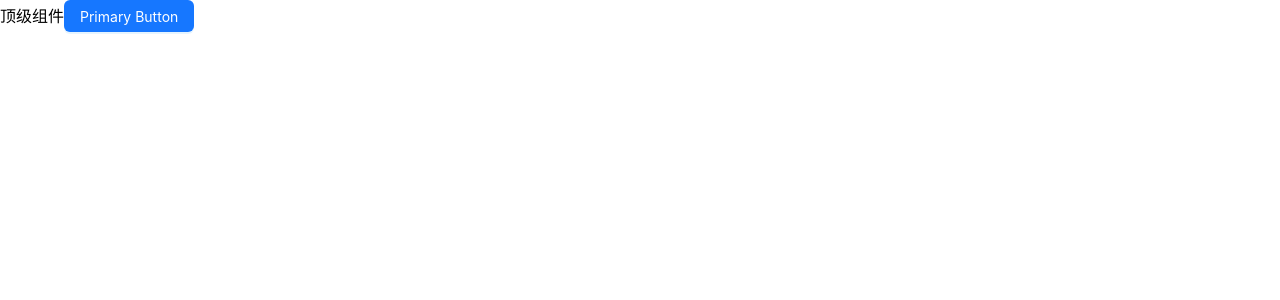
Repository: xzm1997/admin-management
Page: /
These files come from the project's save history. The page is drawn as it stood at one moment and after the next save; the edit follows.
The browser window is 1280 px wide. The pictures show the whole page.
The project was rebuilt for these pictures with package versions that can differ from the ones it lists, and the page was loaded fresh each time. Also part of the build but not shown: vite.config.ts.

Above is the page before, as saved 2023-03-28 16:41:48.

After the next save:
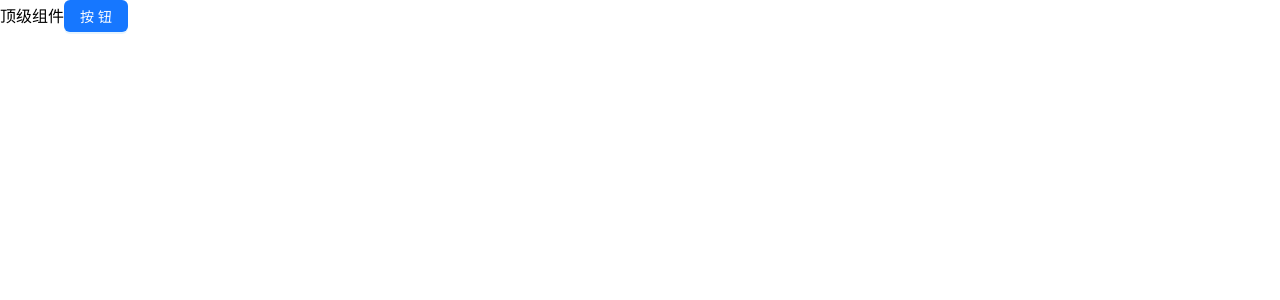
Saved 4 min 10 s later.
--- a/src/App.tsx
+++ b/src/App.tsx
@@ -8,7 +8,7 @@ function App() {
   return (
     <div className="App">
       顶级组件
-      <Button type="primary">Primary Button</Button>
+      <Button type="primary">按钮</Button>
     </div>
   )
 }
